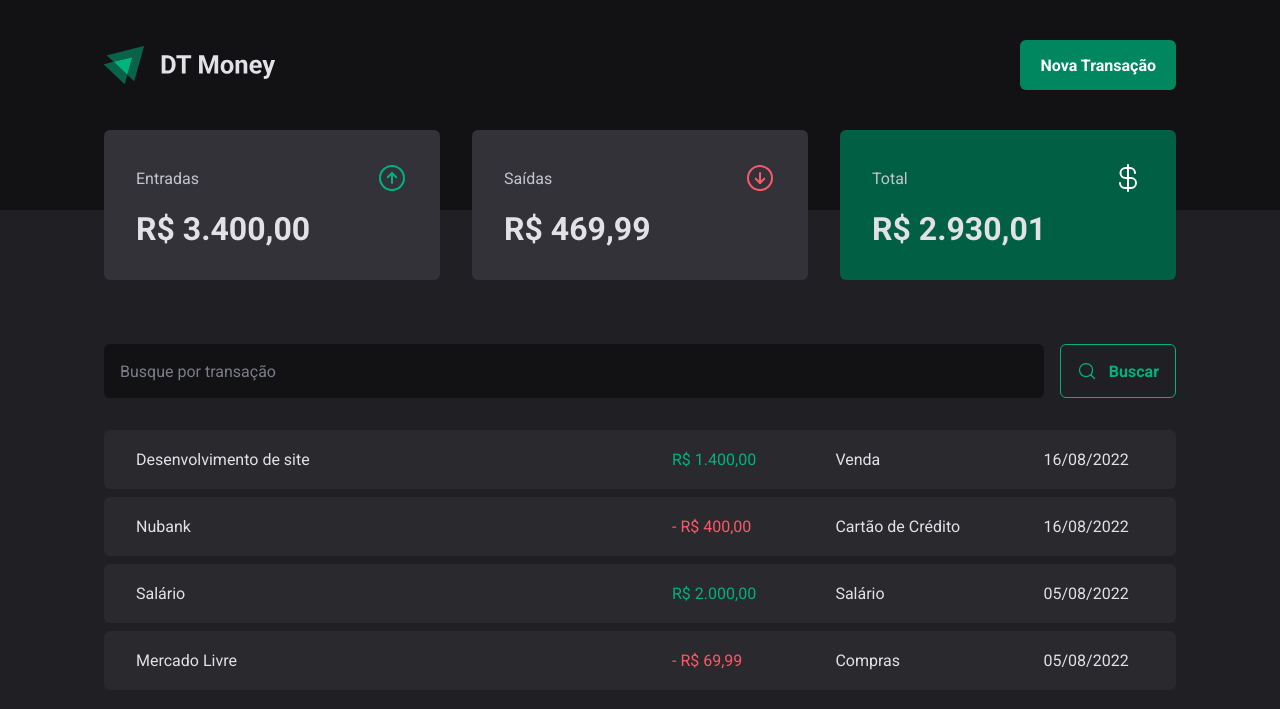
Repository: guilhermecardoso93/dtmoney-reactjs-ignite
Page: /
These files come from the project's save history. The page is drawn as it stood at one moment and after the next save; the edit follows.
The browser window is 1280 px wide. The pictures show the whole page.
The project was rebuilt for these pictures with package versions that can differ from the ones it lists, and the page was loaded fresh each time. Requests to the local data server were answered from the project's data file. Also part of the build but not shown: vite.config.ts.

Above is the page before, as saved 2022-08-17 20:56:30.

### index.html
<!DOCTYPE html>
<html lang="pt-BR">
  <head>
    <meta charset="UTF-8" />
    <link rel="icon" type="image/svg+xml" href="/vite.svg" />
    <link rel="preconnect" href="https://fonts.googleapis.com" />
    <link rel="preconnect" href="https://fonts.gstatic.com" crossorigin />
    <link
      href="https://fonts.googleapis.com/css2?family=Fredoka+One&family=Roboto:wght@300;400;500;700&display=swap"
      rel="stylesheet"
    />
    <meta name="viewport" content="width=device-width, initial-scale=1.0" />
    <title>Dt Money 2022</title>
  </head>
  <body>
    <div id="root"></div>
    <script type="module" src="/src/main.tsx"></script>
  </body>
</html>

### src/App.tsx
import { ThemeProvider } from "styled-components";
import { Header } from "./components/Header";
import { Summary } from "./components/Summary";
import { TransactionsProvider } from "./contexts/TransactionsContext";
import { Transactions } from "./pages/Transactions";
import { GlobalStyle } from "./styles/global";
import { defaultTheme } from "./styles/themes/default";

export function App() {
  return (
    <TransactionsProvider>
      <ThemeProvider theme={defaultTheme}>
        <GlobalStyle />
        <Header />
        <Summary />
        <Transactions />
      </ThemeProvider>
    </TransactionsProvider>
  );
}

### src/components/Header/index.tsx
import * as Dialog from "@radix-ui/react-dialog";

import { HeaderContainer, HeaderContent, NewTransactionButton } from "./styles";
import LogoImg from "../../assets/logo.svg";
import { NewTransactionModal } from "../NewTransactionModal";

export function Header() {
  return (
    <HeaderContainer>
      <HeaderContent>
        <img src={LogoImg} alt="" />

        <Dialog.Root>
          <Dialog.Trigger asChild>
            <NewTransactionButton>Nova Transação</NewTransactionButton>
          </Dialog.Trigger>
          <NewTransactionModal/>
        </Dialog.Root>
      </HeaderContent>
    </HeaderContainer>
  );
}

### src/components/Summary/index.tsx
import { ArrowCircleDown, ArrowCircleUp, CurrencyDollar } from "phosphor-react";
import { useSummary } from "../../hooks/useSummary";
import { priceFormatter } from "../../utils/formatter";
import { SummaryCard, SummaryContainer } from "./styles";

export function Summary() {
  const summary = useSummary()

  return (
    <SummaryContainer>
      <SummaryCard>
        <header>
          <span>Entradas</span>
          <ArrowCircleUp size={32} color="#00b37e" />
        </header>
        <strong>{priceFormatter.format(summary.income)}</strong>
      </SummaryCard>
      <SummaryCard>
        <header>
          <span>Saídas</span>
          <ArrowCircleDown size={32} color="#f75a68" />
        </header>
        <strong> {priceFormatter.format(summary.outcome)}</strong>
      </SummaryCard>
      <SummaryCard variant="green">
        <header>
          <span>Total</span>
          <CurrencyDollar size={32} color="#fff" />
        </header>
        <strong>{priceFormatter.format(summary.total)}</strong>
      </SummaryCard>
    </SummaryContainer>
  );
}

### src/contexts/TransactionsContext.tsx
import { Children, createContext, ReactNode, useEffect, useState } from "react";

interface Transaction {
  id: number;
  description: string;
  type: "income" | "outcome";
  price: number;
  category: string;
  createdAt: string;
}

interface TransactionContextType {
  transactions: Transaction[];
  fetchTransactions: () => Promise<void>
}

interface TransactionProviderProps {
  children: ReactNode;
}

export const TransactionsContext = createContext({} as TransactionContextType);

export function TransactionsProvider({ children }: TransactionProviderProps) {
  const [transactions, setTransactions] = useState<Transaction[]>([]);

  async function fetchTransactions() {
    const response = await fetch("http://localhost:3000/transactions");
    const data = await response.json();
    console.log(data);

    setTransactions(data);
  }
  useEffect(() => {
    fetchTransactions();
  }, []);

  return (
    <TransactionsContext.Provider value={{ transactions, fetchTransactions }}>
      {children}
    </TransactionsContext.Provider>
  );
}

### src/pages/Transactions/index.tsx
import { useContext } from "react";
import { TransactionsContext } from "../../contexts/TransactionsContext";
import { dateFormatter, priceFormatter } from "../../utils/formatter";
import { SearchForm } from "./components/SearchForm";
import {
  PriceHighLight,
  TransactionContainer,
  TransactionTable,
} from "./styles";

interface Transaction {

}

export function Transactions() {
 const { transactions } = useContext(TransactionsContext)

    return (
      <>
        <TransactionContainer>
          <SearchForm />
          <TransactionTable>
            <tbody>
              {transactions.map((transaction) => {
                return (
                  <tr key={transaction.id}>
                    <td width="50%">{transaction.description}</td>
                    <td>
                      <PriceHighLight variant={transaction.type}>
                        {transaction.type === 'outcome' && "- "}
                        {priceFormatter.format(transaction.price)}
                      </PriceHighLight>
                    </td>
                    <td>{transaction.category}</td>
                    <td>{dateFormatter.format( new Date(transaction.createdAt))}</td>
                  </tr>
                );
              })}
            </tbody>
          </TransactionTable>
        </TransactionContainer>
      </>
    );
  }

### src/styles/global.ts
import { createGlobalStyle } from "styled-components";

export const GlobalStyle = createGlobalStyle`
* {
  margin: 0;
  padding: 0;
  box-sizing: border-box;
}

:focus {
  outline: 0;
  box-shadow:0 0 0 2ox ${(props) => props.theme["green-500"]} ;
}

body {
  background-color: ${(props) => props.theme["gray-800"]};
  color:${(props) => props.theme["gray-100"]}
}

body, input, text-area, button {
  font:400 1rem 'Roboto' ;
}
`;

### src/components/Header/styles.ts
import styled from "styled-components";
import * as Dialog from "@radix-ui/react-dialog";


export const HeaderContainer = styled.header`
background-color: ${(props) => props.theme["gray-900"]};
padding: 2.5rem 0 7.5rem;
`;

export const HeaderContent = styled.div`
  width: 100%;
  max-width: 1120px;
  margin: 0 auto;
  padding: 0 1.5rem;

  display: flex;
  justify-content: space-between;
  align-items: center;
`;

export const NewTransactionButton = styled.button`
  height: 50px;
  border: 0;
  background-color: ${(props) => props.theme["green-500"]};
  color:${(props) => props.theme.white};
  font-weight:bold;
  padding: 0 1.25rem;
  border-radius: 6px;
  cursor: pointer;
  transition: background-color 0.2s;

  &:hover {
    background-color: ${(props) => props.theme["green-700"]};
  }
`;

### src/components/NewTransactionModal/index.tsx
import { zodResolver } from "@hookform/resolvers/zod";
import * as Dialog from "@radix-ui/react-dialog";
import { ArrowCircleDown, ArrowCircleUp, X } from "phosphor-react";
import { Controller, useForm } from "react-hook-form";
import * as z from "zod";

import {
  Overlay,
  Content,
  Close,
  TransactionType,
  TransactionTypeButton,
} from "./styles";

const newTransactionFormSchema = z.object({
  description: z.string(),
  price: z.number(),
  category: z.string(),
  type: z.enum(["income", "outcome"]),
});

type NewTransactionFormInputs = z.infer<typeof newTransactionFormSchema>;

export function NewTransactionModal() {
  const {
    register,
    control,
    handleSubmit,
    formState: { isSubmitting },
  } = useForm<NewTransactionFormInputs>({
    resolver: zodResolver(newTransactionFormSchema),
  });

  async function handleCreateNewTransaction(data: NewTransactionFormInputs) {
    await new Promise((resolve) => setTimeout(resolve, 2000));
    console.log(data);
  }

  return (
    <Dialog.Portal>
      <Overlay />

      <Content>
        <Dialog.Title>Nova Transação</Dialog.Title>
        <Close>
          <X />
        </Close>

        <form onSubmit={handleSubmit(handleCreateNewTransaction)}>
          <input
            type="text"
            placeholder="Descrição"
            required
            {...register("description")}
          />
          <input
            type="number"
            placeholder="Preço"
            required
            {...register("price", { valueAsNumber: true })}
          />
          <input
            type="text"
            placeholder="Categoria"
            required
            {...register("category")}
          />
          <Controller
            control={control}
            name="type"
            render={({field}) => {
              return (
                <TransactionType onValueChange={field.onChange} value={field.value}>
                  <TransactionTypeButton variant="income" value="income">
                    Entrada
                    <ArrowCircleUp size={20} />
                  </TransactionTypeButton>
                  <TransactionTypeButton variant="outcome" value="outcome">
                    Saída
                    <ArrowCircleDown size={20} />
                  </TransactionTypeButton>
                </TransactionType>
              );
            }}
          />

          <button type="submit" disabled={isSubmitting}>
            Cadastrar
          </button>
        </form>
      </Content>
    </Dialog.Portal>
  );
}

### src/hooks/useSummary.ts
import { useContext } from "react";
import { TransactionsContext } from "../contexts/TransactionsContext";

export function useSummary() {
  const { transactions } = useContext(TransactionsContext);

  const summary = transactions.reduce(
    (acc, transaction) => {
      if (transaction.type === "income") {
        acc.income += transaction.price;
        acc.total += transaction.price;
      } else {
        acc.outcome += transaction.price;
        acc.total -= transaction.price;
      }
      return acc;
    },
    {
      income: 0,
      outcome: 0,
      total: 0,
    },
  );

  return summary;
}

### src/components/Summary/styles.ts
import styled, { css } from "styled-components";

export const SummaryContainer = styled.section`
  width: 100%;
  max-width: 1120px;
  margin: 0 auto;
  padding: 0 1.5rem;

  display:grid;
  grid-template-columns:  repeat(3, 1fr);
  gap: 2rem;

  margin-top: -5rem;
  `;

interface SummaryCardProps {
  variant?: "green";
}

export const SummaryCard = styled.div<SummaryCardProps>`
  background-color: ${(props) => props.theme["gray-600"]};
  border-radius: 6px;
  padding: 2rem;

  header{
    display: flex;
    align-items: center;
    justify-content: space-between;
    color: ${(props) => props.theme["gray-300"]};
  }

  strong {
    display: block;
    font-size: 2rem;
    margin-top: 1rem;
  }

  ${(props) =>
  props.variant === "green" && css`
    background-color: ${(props) => props.theme["green-700"]};
  `}

`;

### src/pages/Transactions/components/SearchForm/index.tsx
import { MagnifyingGlass } from "phosphor-react";
import { useForm } from "react-hook-form";
import { SearchFormContainer } from "./styles";
import * as z from "zod";
import { zodResolver } from "@hookform/resolvers/zod";
import { useContext } from "react";
import { TransactionsContext } from "../../../../contexts/TransactionsContext";

const searchFormSchema = z.object({
  query: z.string(),
});

type SearchFormInputs = z.infer<typeof searchFormSchema>;

export function SearchForm() {
  const { fetchTransactions } = useContext(TransactionsContext)

  const {
    register,
    handleSubmit,
    formState: { isSubmitting },
  } = useForm<SearchFormInputs>({
    resolver: zodResolver(searchFormSchema),
  });

  async function handleSearchTransactions(data: SearchFormInputs) {
    await new Promise(resolve => setTimeout(resolve, 2000))

    console.log(data)
  }

  return (
    <SearchFormContainer onSubmit={handleSubmit(handleSearchTransactions)}>
      <input
        type="text"
        placeholder="Busque por transação"
        {...register("query")}
      />
      <button type="submit" disabled={isSubmitting}>
        <MagnifyingGlass size={20} />
        Buscar
      </button>
    </SearchFormContainer>
  );
}

### src/pages/Transactions/styles.ts
import styled, { css } from "styled-components";

export const TransactionContainer = styled.main`
  width: 100%;
  max-width: 1120px;
  margin: 4rem auto 0;
  padding: 0 1.5rem;
  `;

export const TransactionTable = styled.table`
width: 100%;
border-collapse: separate;
border-spacing: 0 0.5rem;
margin-top: 1.5rem;

td {
  padding: 1.25rem 2rem;
  background-color: ${(props) => props.theme["gray-700"]};

  &:first-child {
    border-top-left-radius: 6px;
    border-bottom-left-radius: 6px;
  }

  &:last-child {
    border-top-right-radius: 6px;
    border-bottom-right-radius: 6px;
  }
}
`;

interface PriceHighLightProps {
  variant: "income" | "outcome";
}

export const PriceHighLight = styled.span<PriceHighLightProps>`
  color: ${(props) =>
  props.variant === "income"
    ? props.theme["green-300"]
    : props.theme["red-300"]};
`;

### src/components/NewTransactionModal/styles.ts
import styled from "styled-components";
import * as Dialog from "@radix-ui/react-dialog";
import * as RadioGroup from "@radix-ui/react-radio-group";

export const Overlay = styled(Dialog.Overlay)`
  position: fixed;
  width: 100vw;
  height: 100vh;
  inset: 0;
  background-color: rgba(0, 0, 0, 0.75);
`;

export const Content = styled(Dialog.Content)`
  min-width: 32rem;
  border-radius: 6px;
  padding: 2.5rem 3rem;
  background-color: ${(props) => props.theme["gray-800"]};

  position: fixed;
  top: 50%;
  left: 50%;
  transform: translate(-50%, -50%);

  form {
    margin-top: 2rem;
    display: flex;
    flex-direction: column;
    gap: 1rem;

    input {
      border-radius: 6px;
      border: 0;
      background-color: ${(props) => props.theme["gray-900"]};
      color: ${(props) => props.theme["gray-300"]};
      padding: 1rem;

      &::placeholder {
        color: ${(props) => props.theme["gray-500"]};
      }
    }

    button[type="submit"] {
      height: 58px;
      border: 0;
      background-color: ${(props) => props.theme["green-500"]};
      color: ${(props) => props.theme.white};
      font-weight: bold;
      padding: 0 1.25rem;
      border-radius: 6px;
      cursor: pointer;
      margin-top: 1.5rem;
      transition: background-color 0.2s;
      cursor: pointer;

      &:hover {
      }

      :disabled {
        opacity: 0.6;
        cursor: not-allowed;
      }

      &:disabled {
        opacity: 0.7;
        cursor: not-allowed;
      }
      &:not(:disabled):hover {
        background-color: ${(props) => props.theme["green-700"]};
      }
    }
  }
`;

export const Close = styled(Dialog.Close)`
  position: absolute;
  background: transparent;
  border: none;
  top: 1.5rem;
  right: 1.5rem;
  line-height: 0;
  cursor: pointer;
  color: ${(props) => props.theme["gray-500"]};
`;

export const TransactionType = styled(RadioGroup.Root)`
  display: grid;
  grid-template-columns: repeat(2, 1fr);
  gap: 1rem;
  margin-top: 0.5rem;
`;

interface TransactionTypeButtonProps {
  variant: "income" | "outcome";
}

export const TransactionTypeButton = styled(
  RadioGroup.Item
)<TransactionTypeButtonProps>`
  background-color: ${(props) => props.theme["gray-700"]};
  padding: 1rem;
  display: flex;
  align-items: center;
  justify-content: center;
  gap: 0.5rem;
  border-radius: 6px;
  cursor: pointer;
  border: 0;
  color: ${(props) => props.theme["gray-300"]};

  svg {
    color: ${(props) =>
      props.variant === "income"
        ? props.theme["green-500"]
        : props.theme["red-500"]};
  }

  &[data-state="unchecked"]:hover {
    background: ${(props) => props.theme["gray-600"]};
  }

  &[data-state="checked"] {
    color: ${(props) => props.theme.white};
    background: ${(props) =>
      props.variant === "income"
        ? props.theme["green-500"]
        : props.theme["red-500"]};

    svg {
      color: ${(props) => props.theme.white};
    }
  }
`;

### src/pages/Transactions/components/SearchForm/styles.ts
import styled, { css } from "styled-components";

export const SearchFormContainer = styled.form`
  display: flex;
  gap: 1rem;

  input {
    flex: 1;
    border-radius: 6px;
    border: 0;
    color: ${(props) => props.theme["gray-300"]};
    background-color: ${(props) => props.theme["gray-900"]};
    padding: 1rem;

    &::placeholder {
      color: ${(props) => props.theme["gray-500"]};
    }
  }

  button {
    display: flex;
    align-items: center;
    gap: 0.75rem;

    border: 0;
    padding: 1rem;
    background: transparent;
    border: 1px solid ${(props) => props.theme["green-300"]};
    color: ${(props) => props.theme["green-300"]};
    font-weight: bold;
    border-radius: 6px;
    cursor: pointer;
    &:disabled {
      opacity: 0.7;
      cursor: not-allowed;
    }
    &:not(:disabled):hover {
      background: ${(props) => props.theme["green-500"]};
      border: 1px solid ${(props) => props.theme["green-500"]};
      color: ${(props) => props.theme.white};
      transition: background-color 0.2s, color 0.2s, border-color 0.2s;
    }
  }
`;

### server.json
{
  "transactions": [{
      "id": 1,
      "description": "Desenvolvimento de site",
      "type": "income",
      "category": "Venda",
      "price": 1400,
      "createdAt": "2022-08-16T23:08:55.392Z"
    },
    {
      "id": 2,
      "description": "Nubank",
      "type": "outcome",
      "category": "Cartão de Crédito",
      "price": 400,
      "createdAt": "2022-08-16T23:08:55.392Z"
    },
    {
      "id": 3,
      "description": "Salário",
      "type": "income",
      "category": "Salário",
      "price": 2000,
      "createdAt": "2022-08-05T23:08:55.392Z"
    },
    {
      "id": 4,
      "description": "Mercado Livre",
      "type": "outcome",
      "category": "Compras",
      "price": 69.99,
      "createdAt": "2022-08-05T23:08:55.392Z"
    }

  ]
}

Loaded but not shown: src/main.tsx (common file); src/styles/themes/default.ts (common file); src/utils/formatter.ts (common file)

After the next save:
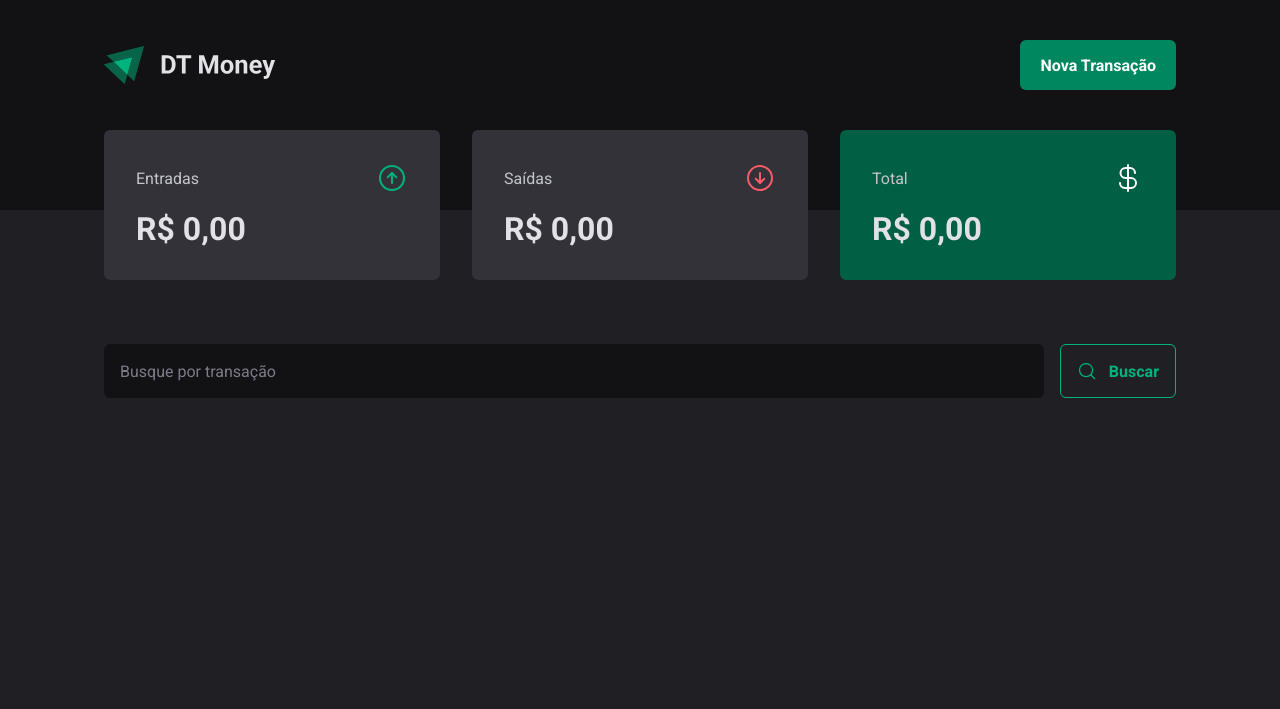
Console error (its wording comes from the project's code and is left out).
Saved 2 min 26 s later.
--- a/src/contexts/TransactionsContext.tsx
+++ b/src/contexts/TransactionsContext.tsx
@@ -23,8 +23,13 @@
 export function TransactionsProvider({ children }: TransactionProviderProps) {
   const [transactions, setTransactions] = useState<Transaction[]>([]);
 
-  async function fetchTransactions() {
-    const response = await fetch("http://localhost:3000/transactions");
+  async function fetchTransactions(query?: string) {
+    const url = new URL("http://localhost:3000/transactions");
+
+    if(query) {
+      url.searchParams.append('q', query)
+    }
+    const response = await fetch('');
     const data = await response.json();
     console.log(data);
 

After the save that followed:
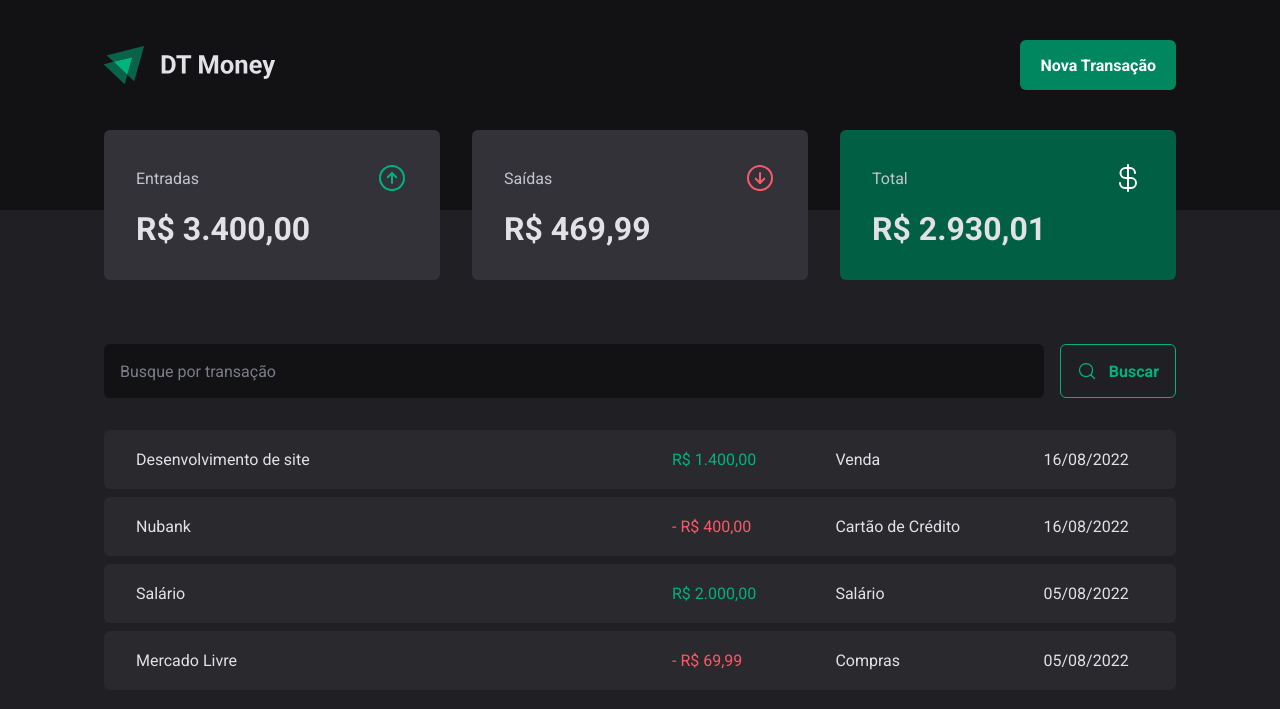
The error is gone.
Saved 12 s later.
--- a/src/contexts/TransactionsContext.tsx
+++ b/src/contexts/TransactionsContext.tsx
@@ -29,7 +29,7 @@
     if(query) {
       url.searchParams.append('q', query)
     }
-    const response = await fetch('');
+    const response = await fetch(url);
     const data = await response.json();
     console.log(data);
 
